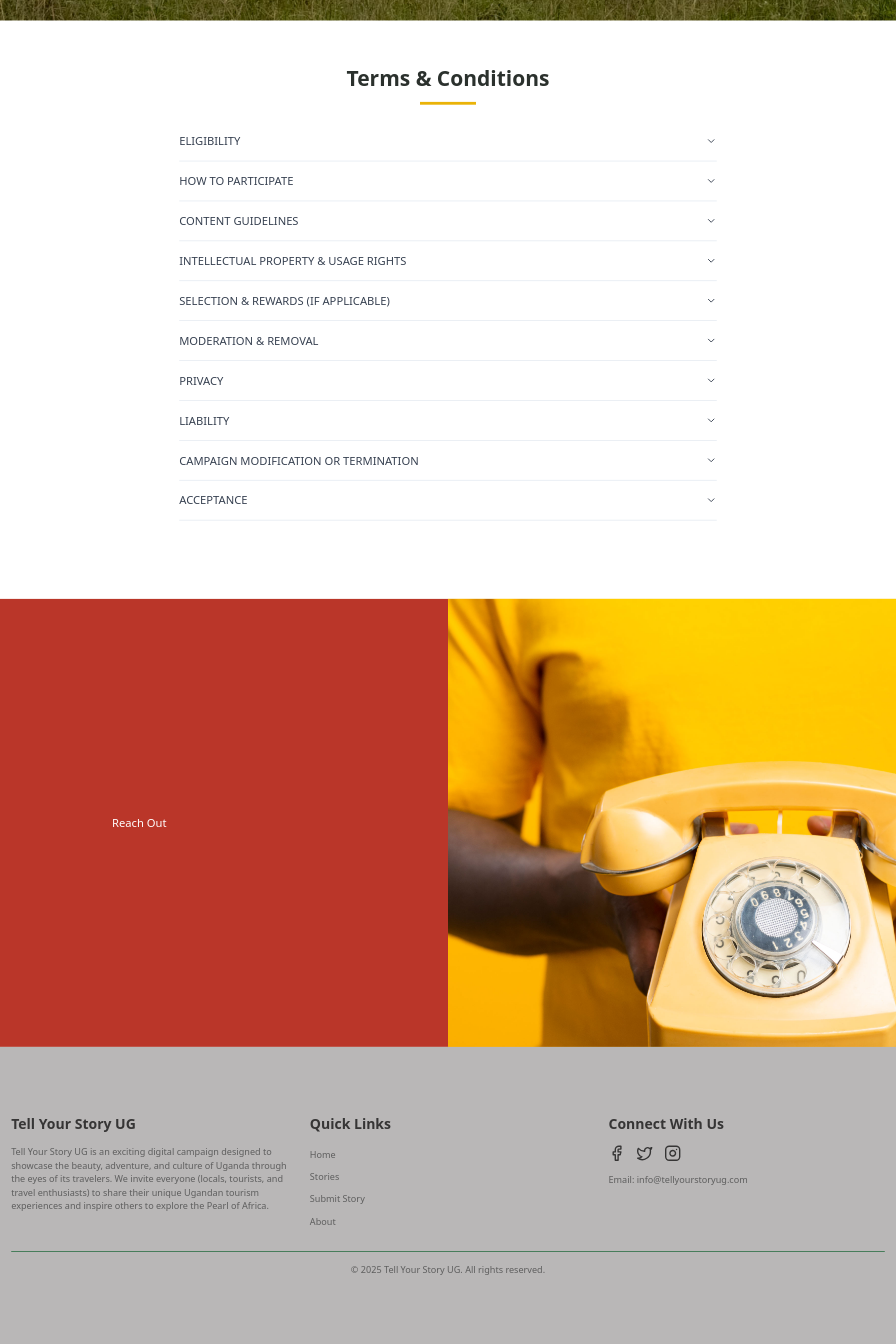
Repository: kaizoku010/take.part
Page: /
These files come from the project's save history. The page is drawn as it stood at one moment and after a run of saves; the edit follows.
The browser window is 1280 px wide. The pictures show the part of the page from y = 3382 to 5302 px (the page is 5302 px tall), at 70% of full size.
Backgrounds fixed to the window are drawn as part of the page. The project was rebuilt for these pictures with package versions that can differ from the ones it lists, and the page was loaded fresh each time. Also part of the build but not shown: vite.config.ts, src/components/ui/tooltip.tsx, src/pages/About.tsx, src/components/ui/input.tsx, src/pages/Stories.tsx, src/pages/StoryDetail.tsx, src/components/ui/use-toast.ts, src/components/ui/label.tsx and 3 more.

Above is the page before, as saved 2025-04-14 17:01:37.

### index.html

<!DOCTYPE html>
<html lang="en">
  <head>
    <meta charset="UTF-8" />
    <meta name="viewport" content="width=device-width, initial-scale=1.0" />
    <title>TAKE PART</title>
    <meta name="description" content="Share your Ugandan tourism experiences and inspire others to explore the Pearl of Africa" />
    <meta name="author" content="muneza dixon" />

    <meta property="og:title" content="Tell Your Story UG - Explore Uganda" />
    <meta property="og:description" content="Share your Ugandan tourism experiences and inspire others to explore the Pearl of Africa" />

    <!-- Meta Pixel Code -->
    <script>
    !function(f,b,e,v,n,t,s)
    {if(f.fbq)return;n=f.fbq=function(){n.callMethod?
    n.callMethod.apply(n,arguments):n.queue.push(arguments)};
    if(!f._fbq)f._fbq=n;n.push=n;n.loaded=!0;n.version='2.0';
    n.queue=[];t=b.createElement(e);t.async=!0;
    t.src=v;s=b.getElementsByTagName(e)[0];
    s.parentNode.insertBefore(t,s)}(window, document,'script',
    'https://connect.facebook.net/en_US/fbevents.js');
    fbq('init', '1846327909352916');
    fbq('track', 'PageView');
    </script>
    <!-- End Meta Pixel Code -->
  </head>

  <body>
    <div id="root"></div>
    <!-- Facebook Pixel noscript -->
    <noscript><img height="1" width="1" style="display:none"
    src="https://www.facebook.com/tr?id=1846327909352916&ev=PageView&noscript=1"
    /></noscript>
    <!-- IMPORTANT: DO NOT REMOVE THIS SCRIPT TAG OR THIS VERY COMMENT! -->
    <script src="https://cdn.gpteng.co/gptengineer.js" type="module"></script>
    <script type="module" src="/src/main.tsx"></script>
  </body>
</html>

### src/App.tsx

import { Toaster } from "@/components/ui/toaster";
import { Toaster as Sonner } from "@/components/ui/sonner";
import { TooltipProvider } from "@/components/ui/tooltip";
import { QueryClient, QueryClientProvider } from "@tanstack/react-query";
import { BrowserRouter, Routes, Route } from "react-router-dom";
import Home from "./pages/Home";
import About from "./pages/About";
import Stories from "./pages/Stories";
import StoryDetail from "./pages/StoryDetail";
import SubmitStory from "./pages/SubmitStory";
import NotFound from "./pages/NotFound";
import "./mdx.css";
import "./mobile.css"

const queryClient = new QueryClient();

const App = () => (
  <QueryClientProvider client={queryClient}>
    <TooltipProvider>
      <Toaster />
      <Sonner />
      <BrowserRouter>
        <Routes>
          <Route path="/" element={<Home />} />
          <Route path="/about" element={<About />} />
          <Route path="/stories" element={<Stories />} />
          <Route path="/stories/:id" element={<StoryDetail />} />
          <Route path="/submit-story" element={<SubmitStory />} />
          {/* ADD ALL CUSTOM ROUTES ABOVE THE CATCH-ALL "*" ROUTE */}
          <Route path="*" element={<NotFound />} />
        </Routes>
      </BrowserRouter>
    </TooltipProvider>
  </QueryClientProvider>
);

export default App;

### src/index.css
@tailwind base;
@tailwind components;
@tailwind utilities;

@layer base {
  :root {
    --background: 0 0% 100%;
    --foreground: 222.2 84% 4.9%;

    --card: 0 0% 100%;
    --card-foreground: 222.2 84% 4.9%;

    --popover: 0 0% 100%;
    --popover-foreground: 222.2 84% 4.9%;

    /* Main Orange/Gold */
    --primary: 41.81 100% 49.8%;
    --primary-foreground: 210 40% 98%;

    /* Rust Red */
    --secondary: 5.38 63.88% 44.51%;
    --secondary-foreground: 210 40% 98%;

    /* Change accent to Rust Red */
    --accent: 5.38 63.88% 44.51%;
    --accent-foreground: 210 40% 98%;

    --muted: 210 40% 96.1%;
    --muted-foreground: 215.4 16.3% 46.9%;

    --destructive: 0 84.2% 60.2%;
    --destructive-foreground: 210 40% 98%;

    --border: 214.3 31.8% 91.4%;
    --input: 214.3 31.8% 91.4%;
    --ring: 5.38 63.88% 44.51%;  /* Changed to Rust Red */

    --radius: 0.5rem;

    --sidebar-background: 0 0% 98%;

    --sidebar-foreground: 240 5.3% 26.1%;

    --sidebar-primary: 240 5.9% 10%;

    --sidebar-primary-foreground: 0 0% 98%;

    --sidebar-accent: 240 4.8% 95.9%;

    --sidebar-accent-foreground: 240 5.9% 10%;

    --sidebar-border: 220 13% 91%;

    --sidebar-ring: 217.2 91.2% 59.8%;
  }

  .dark {
    --background: 222.2 84% 4.9%;
    --foreground: 210 40% 98%;

    --card: 222.2 84% 4.9%;
    --card-foreground: 210 40% 98%;

    --popover: 222.2 84% 4.9%;
    --popover-foreground: 210 40% 98%;

    /* Main Orange/Gold */
    --primary: 41.81 100% 49.8%;
    --primary-foreground: 210 40% 98%;

    /* Rust Red */
    --secondary: 5.38 63.88% 44.51%;
    --secondary-foreground: 210 40% 98%;

    /* Change accent to Rust Red */
    --accent: 5.38 63.88% 44.51%;
    --accent-foreground: 210 40% 98%;

    --muted: 217.2 32.6% 17.5%;
    --muted-foreground: 215 20.2% 65.1%;

    --destructive: 0 62.8% 30.6%;
    --destructive-foreground: 210 40% 98%;

    --border: 217.2 32.6% 17.5%;
    --input: 217.2 32.6% 17.5%;
    --ring: 5.38 63.88% 44.51%;  /* Changed to Rust Red */
    --sidebar-background: 240 5.9% 10%;
    --sidebar-foreground: 240 4.8% 95.9%;
    --sidebar-primary: 224.3 76.3% 48%;
    --sidebar-primary-foreground: 0 0% 100%;
    --sidebar-accent: 240 3.7% 15.9%;
    --sidebar-accent-foreground: 240 4.8% 95.9%;
    --sidebar-border: 240 3.7% 15.9%;
    --sidebar-ring: 217.2 91.2% 59.8%;
  }
}

@layer base {
  * {
    @apply border-border;
  }

  body {
    @apply bg-background text-foreground;
  }
}

### src/components/ui/toaster.tsx
import { useToast } from "@/hooks/use-toast"
import {
  Toast,
  ToastClose,
  ToastDescription,
  ToastProvider,
  ToastTitle,
  ToastViewport,
} from "@/components/ui/toast"

export function Toaster() {
  const { toasts } = useToast()

  return (
    <ToastProvider>
      {toasts.map(function ({ id, title, description, action, ...props }) {
        return (
          <Toast key={id} {...props}>
            <div className="grid gap-1">
              {title && <ToastTitle>{title}</ToastTitle>}
              {description && (
                <ToastDescription>{description}</ToastDescription>
              )}
            </div>
            {action}
            <ToastClose />
          </Toast>
        )
      })}
      <ToastViewport />
    </ToastProvider>
  )
}

### src/components/ui/sonner.tsx
import { useTheme } from "next-themes"
import { Toaster as Sonner, toast } from "sonner"

type ToasterProps = React.ComponentProps<typeof Sonner>

const Toaster = ({ ...props }: ToasterProps) => {
  const { theme = "system" } = useTheme()

  return (
    <Sonner
      theme={theme as ToasterProps["theme"]}
      className="toaster group"
      toastOptions={{
        classNames: {
          toast:
            "group toast group-[.toaster]:bg-background group-[.toaster]:text-foreground group-[.toaster]:border-border group-[.toaster]:shadow-lg",
          description: "group-[.toast]:text-muted-foreground",
          actionButton:
            "group-[.toast]:bg-primary group-[.toast]:text-primary-foreground",
          cancelButton:
            "group-[.toast]:bg-muted group-[.toast]:text-muted-foreground",
        },
      }}
      {...props}
    />
  )
}

export { Toaster, toast }

### src/mdx.css
#hero-text{
    font-size: 1.2rem !important;
    line-height: unset !important;
}

#logo{
    width: 6rem !important;
}

#nav{
    background-color: white !important;

}

#link{
    font-size: small !important;
    font-weight: 500;
color:rgba(0, 0, 0, 0.658) !important;
}


.bg-green-800{
    background-color: #ba3629 !important;
}

.bg-yellow-800{
    background-color: rgb(254, 177, 0) !important;
}


.bg-yellow-dx{
    background-color: rgb(254, 177, 0) !important;
}

.bg-green-900 {
    color: rgb(54, 53, 53) !important;
background-color: rgb(185, 183, 183) !important;
}


.text-green-800 {
    --tw-text-opacity: 1;
    color: rgb(43 49 45) !important;
}


.text-gray-hound{
    font-size: small;
    color: rgb(94, 94, 94) !important;
}


#carousel-section{
    padding-top: 5rem;
    padding-bottom: 5rem;
    background-color: #feb100 !important;
}

.bg-background {
    background-color: #212120 !important;
}

#prizes-section{
    height: 40rem !important;
    display: flex;
    padding-left: 10rem;
    background-position: bottom;
    background-attachment: fixed;
    width: 100%;
    background-image: url("../src/media/zebs.jpg");
}


.content-prizes{
display: flex;
/* background-color: red; */
width: 100%;
flex-direction: column;
justify-content: center;
}

.content-prizes-2{
display: flex;
background-color: transparent;
width: 100%;
flex-direction: column;
}

.win-title{

    font-weight: 800;
    font-size: 2rem;
    margin-bottom: 1rem;
    color: white;
}

.prize{
    display: flex;

    /* margin-bottom: 1rem; */
    font-weight: 200;
    /* font-size: 2rem; */
    align-items: center;
    color: white;
}

.prize img{
    width: 2.5rem;
    height: 2rem;
}


.take-part{
    background-color: #feb100;
    color: rgb(54, 52, 52);
    padding: 0.7rem;
    margin-top: 2rem;
    width: 10rem;
    font-weight: bold;
    font-size: small;
    border-radius: 10px;

}

.take-part:hover{
    color: white !important;
background-color: #ba3629 !important;
}


#vist-ug{
    background-color: #ba3629 !important;
}


#vist-ug:hover{
    background-color: transparent !important;
}


#footer{
    padding-top: 6rem;
    padding-bottom: 6rem;
}

#cta{
    height: 30rem;
    display: flex;
    flex-direction: column;
    justify-content: center;
    /* padding-top: 5rem !important;
    padding-bottom: 5rem !important; */
}


#contact{
    display: flex;
    /* background-image: url("../src/media/call.jpg"); */
}


#cta-section{
    width: 100%;
    height: 40rem;
    justify-content: center;
    display: flex;
    color: white;
    flex-direction: column;
    background-color: #ba3629 !important;
}

#cta-section-2{
    width: 100%;
    height: 40rem;
    background-size: cover;
    background-image: url("../src/media/call.jpg");
    background-color: #feb100 !important;
}

.call-title{

    padding-left: 10rem;
}

### src/mobile.css
@media (max-width: 768px) {
    header {
      padding: 0.5rem 0;
    }

    .mobile-menu {
      position: absolute;
      top: 100%;
      left: 0;
      right: 0;
      background-color: #166534; /* green-800 */
      padding: 1rem;
      box-shadow: 0 2px 4px rgba(0,0,0,0.1);
    }

    .mobile-menu a {
      display: block;
      padding: 0.75rem 1rem;
      color: white;
      border-bottom: 1px solid rgba(255,255,255,0.1);
    }

    .mobile-menu a:last-child {
      border-bottom: none;
    }
  }

### src/components/ui/button.tsx
import * as React from "react"
import { Slot } from "@radix-ui/react-slot"
import { cva, type VariantProps } from "class-variance-authority"

import { cn } from "@/lib/utils"

const buttonVariants = cva(
  "inline-flex items-center justify-center gap-2 whitespace-nowrap rounded-md text-sm font-medium ring-offset-background transition-colors focus-visible:outline-none focus-visible:ring-2 focus-visible:ring-ring focus-visible:ring-offset-2 disabled:pointer-events-none disabled:opacity-50 [&_svg]:pointer-events-none [&_svg]:size-4 [&_svg]:shrink-0",
  {
    variants: {
      variant: {
        default: "bg-primary text-primary-foreground hover:bg-primary/90",
        destructive:
          "bg-destructive text-destructive-foreground hover:bg-destructive/90",
        outline:
          "border border-input bg-background hover:bg-accent hover:text-accent-foreground",
        secondary:
          "bg-secondary text-secondary-foreground hover:bg-secondary/80",
        ghost: "hover:bg-accent hover:text-accent-foreground",
        link: "text-primary underline-offset-4 hover:underline",
      },
      size: {
        default: "h-10 px-4 py-2",
        sm: "h-9 rounded-md px-3",
        lg: "h-11 rounded-md px-8",
        icon: "h-10 w-10",
      },
    },
    defaultVariants: {
      variant: "default",
      size: "default",
    },
  }
)

export interface ButtonProps
  extends React.ButtonHTMLAttributes<HTMLButtonElement>,
    VariantProps<typeof buttonVariants> {
  asChild?: boolean
}

const Button = React.forwardRef<HTMLButtonElement, ButtonProps>(
  ({ className, variant, size, asChild = false, ...props }, ref) => {
    const Comp = asChild ? Slot : "button"
    return (
      <Comp
        className={cn(buttonVariants({ variant, size, className }))}
        ref={ref}
        {...props}
      />
    )
  }
)
Button.displayName = "Button"

export { Button, buttonVariants }

### src/components/ui/card.tsx
import * as React from "react"

import { cn } from "@/lib/utils"

const Card = React.forwardRef<
  HTMLDivElement,
  React.HTMLAttributes<HTMLDivElement>
>(({ className, ...props }, ref) => (
  <div
    ref={ref}
    className={cn(
      "rounded-lg border bg-card text-card-foreground shadow-sm",
      className
    )}
    {...props}
  />
))
Card.displayName = "Card"

const CardHeader = React.forwardRef<
  HTMLDivElement,
  React.HTMLAttributes<HTMLDivElement>
>(({ className, ...props }, ref) => (
  <div
    ref={ref}
    className={cn("flex flex-col space-y-1.5 p-6", className)}
    {...props}
  />
))
CardHeader.displayName = "CardHeader"

const CardTitle = React.forwardRef<
  HTMLParagraphElement,
  React.HTMLAttributes<HTMLHeadingElement>
>(({ className, ...props }, ref) => (
  <h3
    ref={ref}
    className={cn(
      "text-2xl font-semibold leading-none tracking-tight",
      className
    )}
    {...props}
  />
))
CardTitle.displayName = "CardTitle"

const CardDescription = React.forwardRef<
  HTMLParagraphElement,
  React.HTMLAttributes<HTMLParagraphElement>
>(({ className, ...props }, ref) => (
  <p
    ref={ref}
    className={cn("text-sm text-muted-foreground", className)}
    {...props}
  />
))
CardDescription.displayName = "CardDescription"

const CardContent = React.forwardRef<
  HTMLDivElement,
  React.HTMLAttributes<HTMLDivElement>
>(({ className, ...props }, ref) => (
  <div ref={ref} className={cn("p-6 pt-0", className)} {...props} />
))
CardContent.displayName = "CardContent"

const CardFooter = React.forwardRef<
  HTMLDivElement,
  React.HTMLAttributes<HTMLDivElement>
>(({ className, ...props }, ref) => (
  <div
    ref={ref}
    className={cn("flex items-center p-6 pt-0", className)}
    {...props}
  />
))
CardFooter.displayName = "CardFooter"

export { Card, CardHeader, CardFooter, CardTitle, CardDescription, CardContent }

### src/components/layout/Layout.tsx

import { ReactNode } from "react";
import Header from "./Header";
import Footer from "./Footer";

interface LayoutProps {
  children: ReactNode;
}

const Layout = ({ children }: LayoutProps) => {
  return (
    <div className="flex flex-col min-h-screen">
      <Header />
      <main className="flex-grow">
        {children}
      </main>
      <Footer />
    </div>
  );
};

export default Layout;

### src/components/ui/accordion.tsx
import * as React from "react"
import * as AccordionPrimitive from "@radix-ui/react-accordion"
import { ChevronDown } from "lucide-react"

import { cn } from "@/lib/utils"

const Accordion = AccordionPrimitive.Root

const AccordionItem = React.forwardRef<
  React.ElementRef<typeof AccordionPrimitive.Item>,
  React.ComponentPropsWithoutRef<typeof AccordionPrimitive.Item>
>(({ className, ...props }, ref) => (
  <AccordionPrimitive.Item
    ref={ref}
    className={cn("border-b", className)}
    {...props}
  />
))
AccordionItem.displayName = "AccordionItem"

const AccordionTrigger = React.forwardRef<
  React.ElementRef<typeof AccordionPrimitive.Trigger>,
  React.ComponentPropsWithoutRef<typeof AccordionPrimitive.Trigger>
>(({ className, children, ...props }, ref) => (
  <AccordionPrimitive.Header className="flex">
    <AccordionPrimitive.Trigger
      ref={ref}
      className={cn(
        "flex flex-1 items-center justify-between py-4 font-medium transition-all hover:underline [&[data-state=open]>svg]:rotate-180",
        className
      )}
      {...props}
    >
      {children}
      <ChevronDown className="h-4 w-4 shrink-0 transition-transform duration-200" />
    </AccordionPrimitive.Trigger>
  </AccordionPrimitive.Header>
))
AccordionTrigger.displayName = AccordionPrimitive.Trigger.displayName

const AccordionContent = React.forwardRef<
  React.ElementRef<typeof AccordionPrimitive.Content>,
  React.ComponentPropsWithoutRef<typeof AccordionPrimitive.Content>
>(({ className, children, ...props }, ref) => (
  <AccordionPrimitive.Content
    ref={ref}
    className="overflow-hidden text-sm transition-all data-[state=closed]:animate-accordion-up data-[state=open]:animate-accordion-down"
    {...props}
  >
    <div className={cn("pb-4 pt-0", className)}>{children}</div>
  </AccordionPrimitive.Content>
))

AccordionContent.displayName = AccordionPrimitive.Content.displayName

export { Accordion, AccordionItem, AccordionTrigger, AccordionContent }

### src/components/layout/Footer.tsx

import { Facebook, Instagram, Twitter } from "lucide-react";
import { Link } from "react-router-dom";

const Footer = () => {
  return (
    <footer id="footer" className="bg-green-900 text-white py-10">
      <div className="container mx-auto px-4">
        <div className="grid grid-cols-1 md:grid-cols-3 gap-8">
          <div>
            <h3 className="text-xl font-bold mb-4">Tell Your Story UG</h3>
            <p className="text-gray-300 text-gray-hound">
            Tell Your Story UG is an exciting digital campaign designed to showcase the beauty, adventure, and culture of Uganda through the eyes of its travelers. We invite everyone (locals, tourists, and travel enthusiasts) to share their unique Ugandan tourism experiences and inspire others to explore the Pearl of Africa.
                        </p>
          </div>

          <div>
            <h3 className="text-xl font-bold mb-4">Quick Links</h3>
            <ul className="space-y-2">
              <li><Link to="/" className="text-gray-hound text-gray-300 hover:text-yellow-400 transition-colors">Home</Link></li>
              <li><Link to="/stories" className="text-gray-hound text-gray-300 hover:text-yellow-400 transition-colors">Stories</Link></li>
              <li><Link to="/submit-story" className="text-gray-hound text-gray-300 hover:text-yellow-400 transition-colors">Submit Story</Link></li>
              <li><Link to="/about" className="text-gray-hound text-gray-300 hover:text-yellow-400 transition-colors">About</Link></li>
            </ul>
          </div>

          <div>
            <h3 className="text-xl font-bold mb-4">Connect With Us</h3>
            <div className="flex space-x-4">
              <a href="https://facebook.com" target="_blank" rel="noopener noreferrer" className="hover:text-yellow-400 transition-colors">
                <Facebook size={24} />
              </a>
              <a href="https://twitter.com" target="_blank" rel="noopener noreferrer" className="hover:text-yellow-400 transition-colors">
                <Twitter size={24} />
              </a>
              <a href="https://instagram.com" target="_blank" rel="noopener noreferrer" className="hover:text-yellow-400 transition-colors">
                <Instagram size={24} />
              </a>
            </div>
            <p className="mt-4 text-gray-300 text-gray-hound">
              Email: <a href="mailto:info@tellyourstoryug.com" className="text-gray-hound hover:text-yellow-400 transition-colors">info@tellyourstoryug.com</a>
            </p>
          </div>
        </div>

        <div className="mt-8 pt-4 border-t border-green-800 text-center text-gray-300 text-gray-hound">
          <p>&copy; {new Date().getFullYear()} Tell Your Story UG. All rights reserved.</p>
        </div>
      </div>
    </footer>
  );
};

export default Footer;

### tailwind.config.ts
import type { Config } from "tailwindcss";

export default {
	darkMode: ["class"],
	content: [
		"./pages/**/*.{ts,tsx}",
		"./components/**/*.{ts,tsx}",
		"./app/**/*.{ts,tsx}",
		"./src/**/*.{ts,tsx}",
	],
	prefix: "",
	theme: {
		container: {
			center: true,
			padding: '2rem',
			screens: {
				'2xl': '1400px'
			}
		},
		extend: {
			colors: {
				main: 'hsl(41.81, 100%, 49.8%)',    // Orange/Gold
				accent: 'hsl(5.38, 63.88%, 44.51%)', // Rust Red
				border: 'hsl(var(--border))',
				input: 'hsl(var(--input))',
				ring: 'hsl(var(--ring))',
				background: 'hsl(var(--background))',
				foreground: 'hsl(var(--foreground))',
				primary: {
					DEFAULT: 'hsl(var(--primary))',
					foreground: 'hsl(var(--primary-foreground))'
				},
				secondary: {
					DEFAULT: 'hsl(var(--secondary))',
					foreground: 'hsl(var(--secondary-foreground))'
				},
				destructive: {
					DEFAULT: 'hsl(var(--destructive))',
					foreground: 'hsl(var(--destructive-foreground))'
				},
				muted: {
					DEFAULT: 'hsl(var(--muted))',
					foreground: 'hsl(var(--muted-foreground))'
				},
				// accent: {
				// 	DEFAULT: 'hsl(var(--accent))',
				// 	foreground: 'hsl(var(--accent-foreground))'
				// },
				popover: {
					DEFAULT: 'hsl(var(--popover))',
					foreground: 'hsl(var(--popover-foreground))'
				},
				card: {
					DEFAULT: 'hsl(var(--card))',
					foreground: 'hsl(var(--card-foreground))'
				},
				sidebar: {
					DEFAULT: 'hsl(var(--sidebar-background))',
					foreground: 'hsl(var(--sidebar-foreground))',
					primary: 'hsl(var(--sidebar-primary))',
					'primary-foreground': 'hsl(var(--sidebar-primary-foreground))',
					accent: 'hsl(var(--sidebar-accent))',
					'accent-foreground': 'hsl(var(--sidebar-accent-foreground))',
					border: 'hsl(var(--sidebar-border))',
					ring: 'hsl(var(--sidebar-ring))'
				}
			},
			borderRadius: {
				lg: 'var(--radius)',
				md: 'calc(var(--radius) - 2px)',
				sm: 'calc(var(--radius) - 4px)'
			},
			keyframes: {
				'accordion-down': {
					from: {
						height: '0'
					},
					to: {
						height: 'var(--radix-accordion-content-height)'
					}
				},
				'accordion-up': {
					from: {
						height: 'var(--radix-accordion-content-height)'
					},
					to: {
						height: '0'
					}
				}
			},
			animation: {
				'accordion-down': 'accordion-down 0.2s ease-out',
				'accordion-up': 'accordion-up 0.2s ease-out'
			}
		}
	},
	plugins: [require("tailwindcss-animate")],
} satisfies Config;

Loaded but not shown: src/main.tsx (common file); src/hooks/use-toast.ts (common file); src/lib/utils.ts (common file); src/pages/Home.tsx (608 lines, source omitted); src/components/ui/carousel.tsx (260 lines, source omitted); src/components/ui/toast.tsx (127 lines, source omitted); src/components/layout/Header.tsx (66 lines, source omitted)

After the next 2 saves:
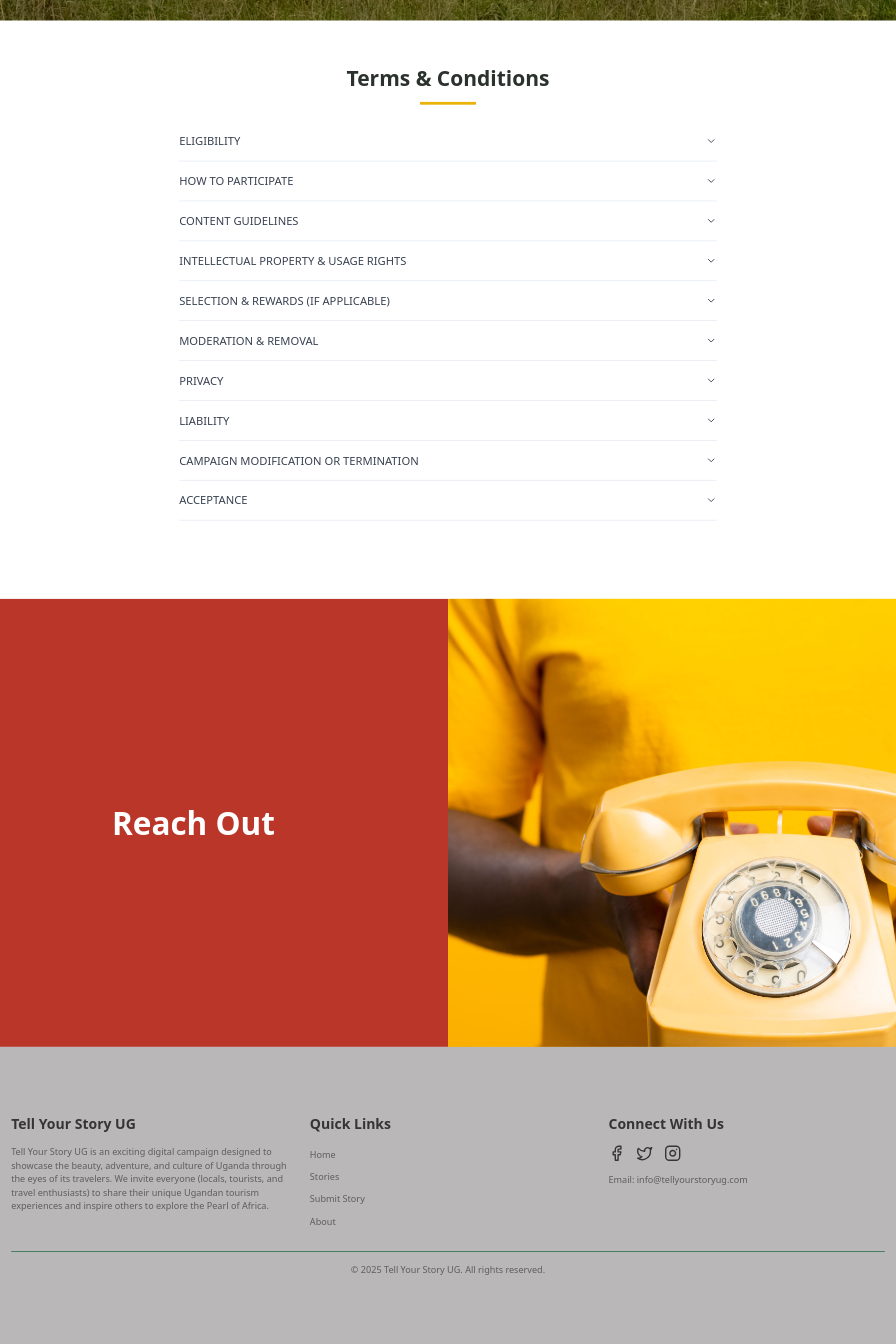
The 2 saves are shown as one change because they came seconds apart.
The last was saved 38 s later.
--- a/src/mdx.css
+++ b/src/mdx.css
@@ -178,6 +178,8 @@ background-color: #ba3629 !important;
 }
 
 .call-title{
+    padding-left: 10rem;
+    font-size: 45px;
+    font-weight: 800;
 
-    padding-left: 10rem;
 }
